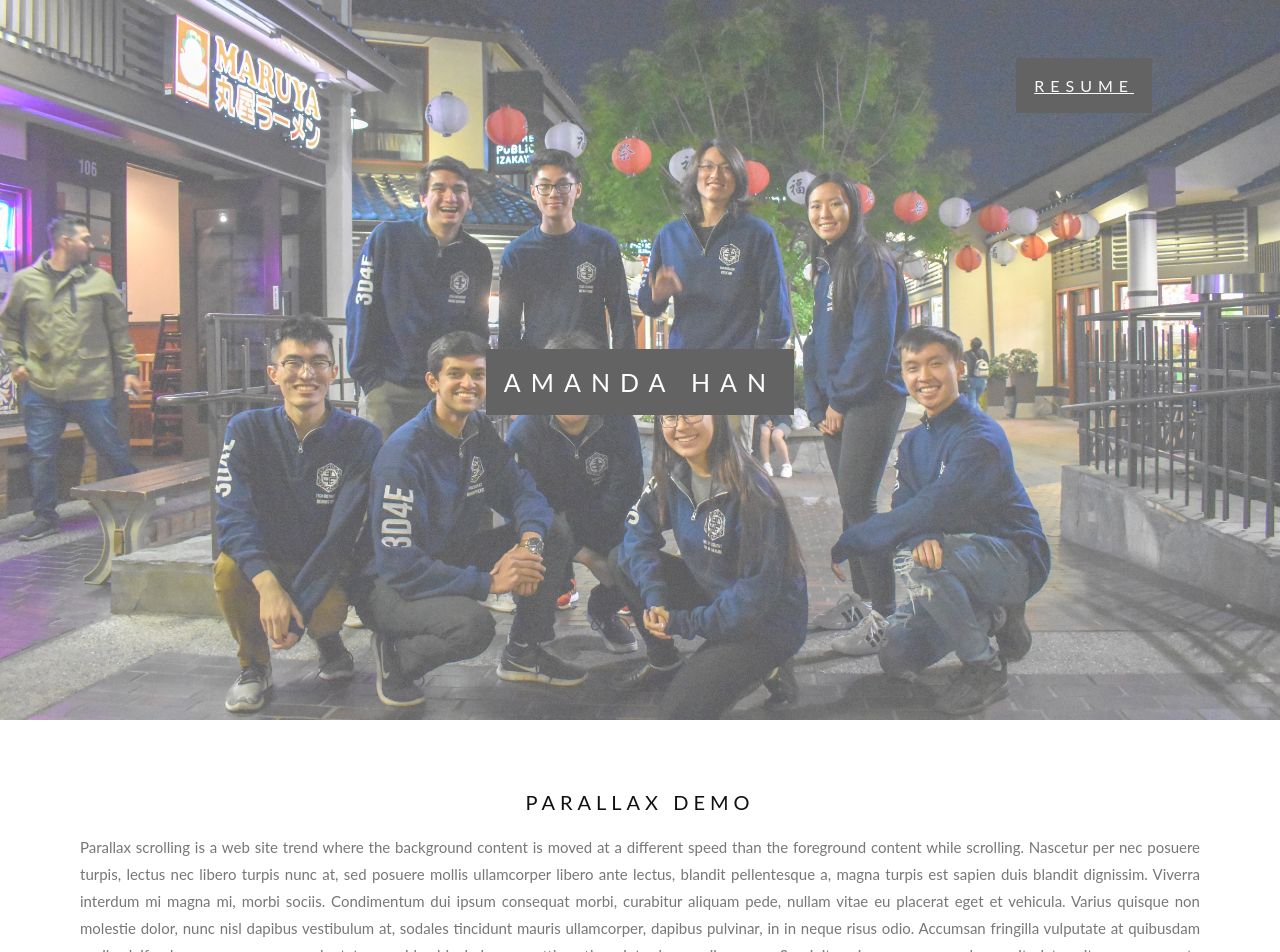
Repository: aliyuanh/me
Page: index.html
An editor plug-in stored every save of this project. The page is shown before and after the next save, followed by the edit.
The browser window is 1280 px wide. The pictures show the part of the page from y = 0 to 952 px (the page is 2895 px tall).

Above is the page before, as saved 2020-09-17 00:25:57.

After the next save:
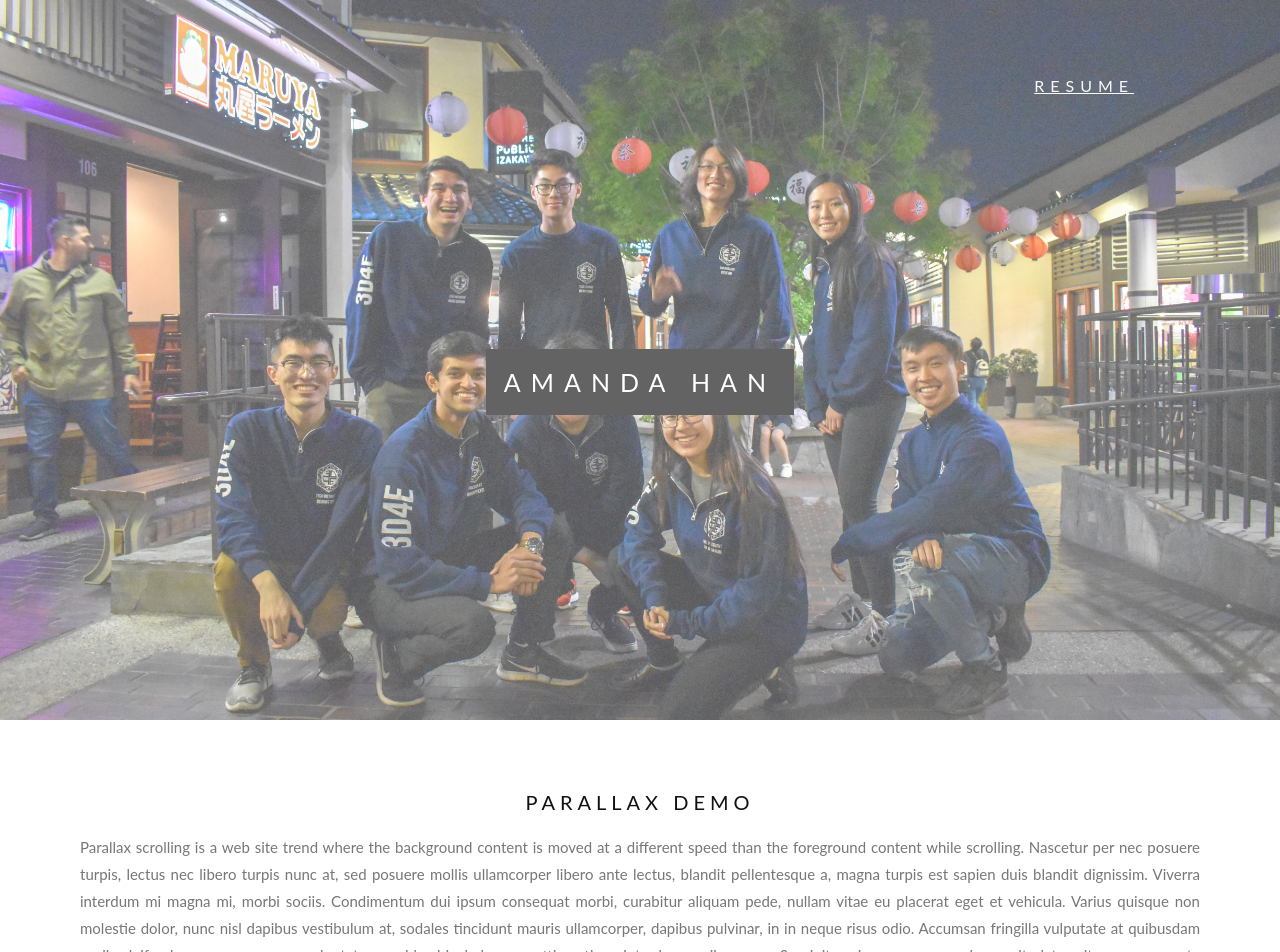
Saved 32 s later.
--- a/index.html
+++ b/index.html
@@ -81,8 +81,8 @@
         }
 
         .resumeButton {
-            background-color: #111;
-            color: #fff;
+            background-color: --wheat;
+            color: --cadet-blue;
             padding: 18px;
             font-size: 16px;
             letter-spacing: 6px;
